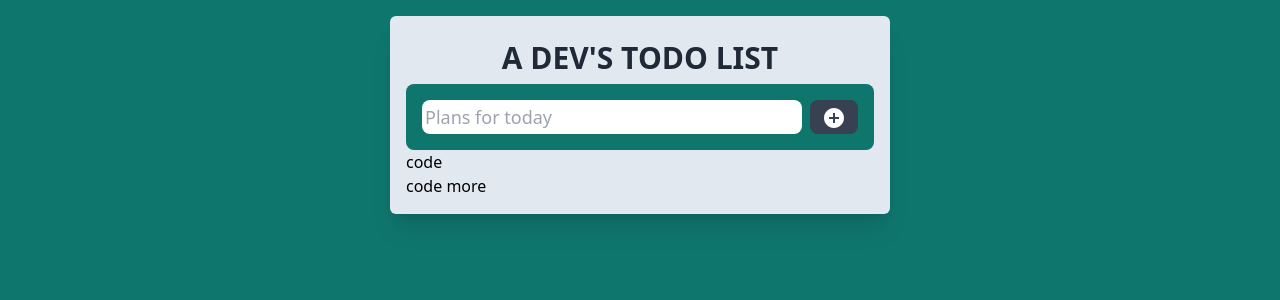
Repository: DevAntonioRogers/React-Todo-CRUD-App
Page: /
The author's editor kept a copy of each file at every save. The page is drawn from the files as they stood at one save, then again after the next save.
The browser window is 1280 px wide. The pictures show the whole page.
The project was rebuilt for these pictures with package versions that can differ from the ones it lists, and the page was loaded fresh each time. Also part of the build but not shown: vite.config.ts.

Above is the page before, as saved 2023-05-14 19:39:11.

### src/App.tsx
import Form from "./components/Form";

import { useState } from "react";
import Todo from "./components/Todo";

const App = () => {
  const [todo, setTodo] = useState(["code", "code more"]);

  return (
    <div className="h-screen w-screen p-4 bg-teal-700">
      <div className="bg-slate-200 max-w-[500px] w-full m-auto rounded-md shadow-xl p-4">
        <h1 className="text-3xl font-bold text-center text-gray-800 p-2">A DEV'S TODO LIST</h1>
        <Form />
        <ul>
          {todo.map((todos, index) => (
            <Todo key={index} todos={todos} />
          ))}
        </ul>
      </div>
    </div>
  );
};

export default App;

### src/components/Form.tsx
import AddCircleIcon from "@mui/icons-material/AddCircle";

const Form = () => {
  return (
    <form className="flex justify-between bg-teal-700 p-4 rounded-lg items-center">
      <input className="w-full text-lg rounded-lg p-[3px]" type="text" placeholder="Plans for today" />
      <button className="ml-2 p-1 bg-gray-700 px-3 rounded-lg text-white">
        <AddCircleIcon />
      </button>
    </form>
  );
};

export default Form;

### src/components/Todo.tsx
interface TodoProps {
  todos: string;
}

const Todo = ({ todos }: TodoProps) => {
  return (
    <li>
      <div>
        <p>{todos}</p>
      </div>
    </li>
  );
};

export default Todo;

Loaded but not shown: index.html (common file); src/main.tsx (common file); src/index.css (common file); tailwind.config.js (common file)

After the next save:
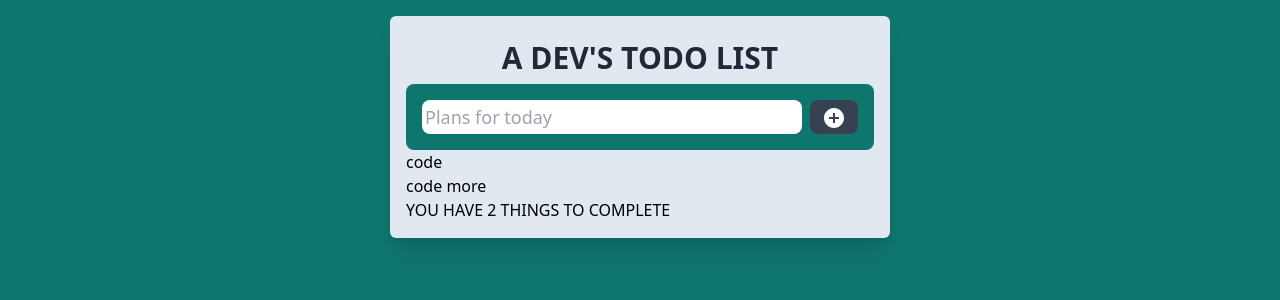
Saved 79 s later.
--- a/src/App.tsx
+++ b/src/App.tsx
@@ -16,6 +16,7 @@ const App = () => {
             <Todo key={index} todos={todos} />
           ))}
         </ul>
+        <p>YOU HAVE 2 THINGS TO COMPLETE</p>
       </div>
     </div>
   );
